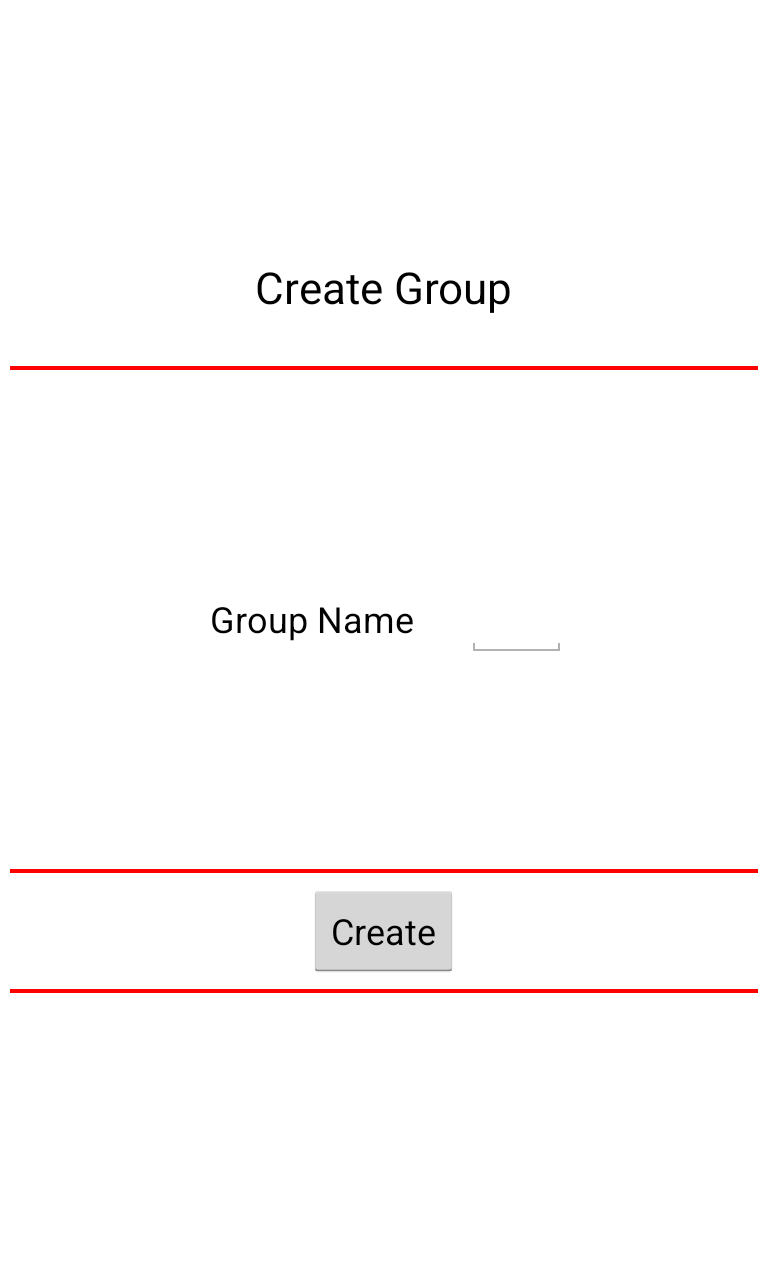
Repository: mansee8/Emergency-Service-Information-Provider
Layout: Emergency Service Information Provider/ESIP/ESIP/res/layout/create_group.xml
These files come from the project's save history. The layout is drawn as it stood at one moment and after the next save; the edit follows.
It is drawn on a 768 x 1280 px phone screen (xhdpi) without system bars, with theme AppTheme; the app's code is not run.

Above is the layout before, as saved 2014-02-27 07:56:13.

### Emergency Service Information Provider/ESIP/ESIP/res/layout/create_group.xml
<?xml version="1.0" encoding="utf-8"?>
<LinearLayout xmlns:android="http://schemas.android.com/apk/res/android"
    android:layout_width="fill_parent"
    android:layout_height="fill_parent"
    android:gravity="center"
    android:orientation="vertical" >

    <TextView
        android:layout_width="wrap_content"
        android:layout_height="wrap_content"
        android:layout_margin="20dp"
        android:text="Create Group"
        android:textAppearance="?android:attr/textAppearanceLarge" />

    <View
        android:layout_width="fill_parent"
        android:layout_height="2dp"
        android:layout_margin="5dp"
        android:background="#ff0000" />

    <LinearLayout
        android:layout_width="fill_parent"
        android:layout_height="wrap_content"
        android:layout_margin="100dp"
        android:orientation="horizontal" >

        <TextView
            android:layout_width="wrap_content"
            android:layout_height="wrap_content"
            android:layout_marginLeft="5dp"
            android:layout_weight="1"
            android:text="Group Name"
            android:textAppearance="?android:attr/textAppearanceMedium" />

        <EditText
            android:id="@+id/GroupNameView"
            android:layout_width="wrap_content"
            android:layout_height="wrap_content"
            android:layout_weight="1" />
    </LinearLayout>

    <View
        android:layout_width="fill_parent"
        android:layout_height="2dp"
        android:layout_margin="5dp"
        android:background="#ff0000" />

    <Button
        android:id="@+id/btnCreate"
        android:layout_width="wrap_content"
        android:layout_height="wrap_content"
        android:text="Create" />

    <View
        android:layout_width="fill_parent"
        android:layout_height="2dp"
        android:layout_margin="5dp"
        android:background="#ff0000" />

    <TextView
        android:id="@+id/avail_result"
        android:layout_width="wrap_content"
        android:layout_height="wrap_content"
        android:textAppearance="?android:attr/textAppearanceLarge" />

</LinearLayout>

Loaded but not shown: Emergency Service Information Provider/ESIP/ESIP/res/values/styles.xml (common file); Emergency Service Information Provider/ESIP/ESIP/res/values-v11/styles.xml (common file); Emergency Service Information Provider/ESIP/ESIP/res/values-v14/styles.xml (common file)

After the next save:
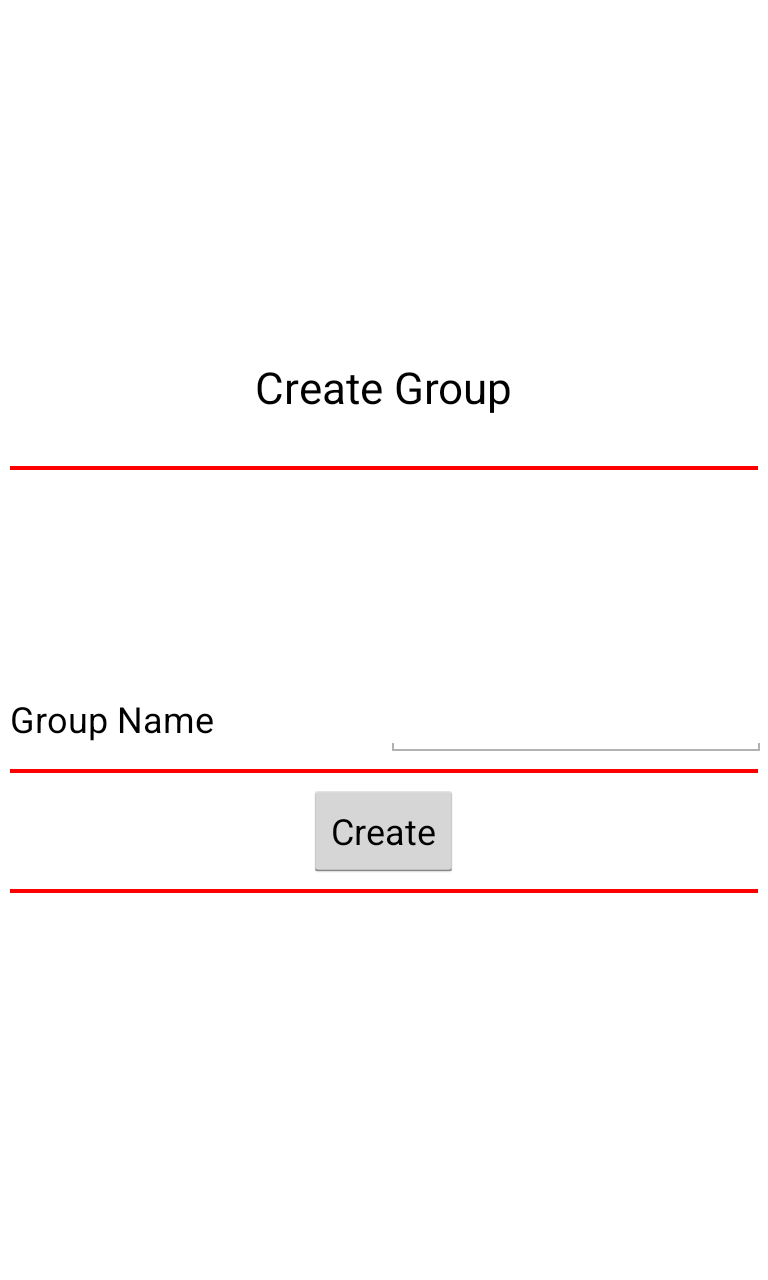
Saved 42 s later.
--- a/Emergency Service Information Provider/ESIP/ESIP/res/layout/create_group.xml
+++ b/Emergency Service Information Provider/ESIP/ESIP/res/layout/create_group.xml
@@ -21,11 +21,12 @@
     <LinearLayout
         android:layout_width="fill_parent"
         android:layout_height="wrap_content"
-        android:layout_margin="100dp"
+        android:layout_marginTop="100dp"
+        android:layout_marginTop="100dp"
         android:orientation="horizontal" >
 
         <TextView
-            android:layout_width="wrap_content"
+            android:layout_width="fill_parent"
             android:layout_height="wrap_content"
             android:layout_marginLeft="5dp"
             android:layout_weight="1"
@@ -34,7 +35,7 @@
 
         <EditText
             android:id="@+id/GroupNameView"
-            android:layout_width="wrap_content"
+            android:layout_width="fill_parent"
             android:layout_height="wrap_content"
             android:layout_weight="1" />
     </LinearLayout>
